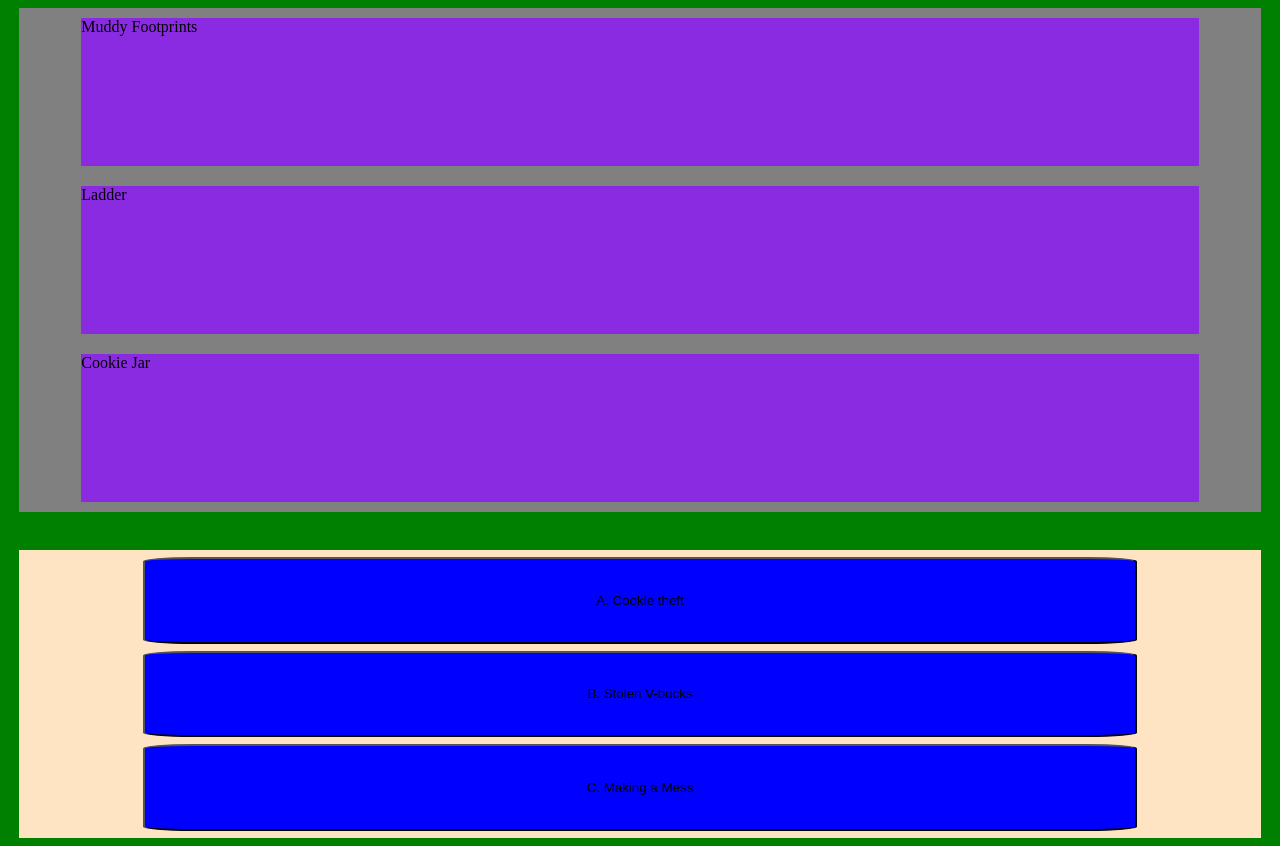
Repository: nguyenlejoe/Dynamic_notSoSherlock
Page: Alex Inductive Thinking/MultiChoice.html
The author's editor kept a copy of each file at every save. The page is drawn from the files as they stood at one save, then again after the next save.
The browser window is 1280 px wide. The pictures show the whole page.

Above is the page before, as saved 2020-03-07 19:15:11.

### Alex Inductive Thinking/MultiChoice.html
<!DOCTYPE html>
<html>
    <head>
        <title>Inductive Thinking</title>
        <link rel="stylesheet" href="MultiChoice.css">
    </head>
    <body>
        <div id="clueStage">
            <div id="crimeScene">
                <div class="evidence" id="clue1" onclick="displayClue1()"></div>
                <div class="evidence" id="clue2" onclick="displayClue2()"></div>
                <div class="evidence" id="clue3" onclick="displayClue3()"></div>
            </div>
            <div id="multiChoice">
                <button onclick="answerA()" class="InductiveChoice" name="1" id="buttonA">1</button>
                <button onclick="answerB()" class="InductiveChoice" name="2" id="buttonB">2</button>
                <button onclick="answerC()" class="InductiveChoice" name="3" id="buttonC">3</button>
        </div>
        </div>
        <script src="MultiChoice.js"></script>
    </body>

</html>

### Alex Inductive Thinking/MultiChoice.css

body{
    background-color: green;
}
#clueStage{
    display: flex;
    flex-direction: column;
    align-items: center;
}

#crimeScene{
    display: flex;
    flex-direction: column;
    height: 70vh;
    width: 97vw;
    background-color: grey;
    justify-content: center;
    align-items: center;

}
.evidence{
    width: 90%;
    height: 300px;
    background-color: blueviolet;
    margin: 10px;
}





#multiChoice{
    background-color:bisque;
    width: 97vw;
    height: 40vh;
    margin-top: 3%;
    display: flex;
    flex-direction: column;
    justify-content: space-evenly;
    justify-items: center;
    align-items: center;
}

.InductiveChoice{
    width: 80%;
    height: 30%;
    background-color: blue;
    border-radius: 05%;
}

### Alex Inductive Thinking/MultiChoice.js




///////////////////////////  OBJECTS  /////////////////////////
var Clues =[
    {
    item: "Muddy Footprints",
    description: "It seems like the culprit left muddy footprints upon the floor! ",
    multiChoice: [
        choiceA = ["A. Cookie theft", 1],
        choiceB = ["B. Stolen V-bucks", 2],
        choiceC = ["C. Making a Mess", 3],
        ],

    },

    {
        item: "Ladder",
        description: "I'm curious as to why is this ladder next to the counter!",
        multiChoice: [
            choiceA = ["A. Cookie theft", 1],
            choiceB = ["B. Stolen V-bucks", 2],
            choiceC = ["C. Making a Mess", 3]
            ],
    },

    {
        item: "Cookie Jar",
        description: " Hmmm intriguing, this cookie jar seems rather empty I wonder where all the cookies went? ",
        multiChoice: [
            choiceA = ["A. Cookie theft", 1],
            choiceB = ["B. Stolen V-bucks", 2],
            choiceC = ["C. Making a Mess", 3]
            ],
    }
]
   /* var multiChoice = [
        {a: "Cookie theft"},
        {b: "Stolen V-bucks"},
        {c: "Making a Mess"},
    ],
] */
///////////////////////////  MULTI CHOICE QUESTION  /////////////////////////


function addChoices(){
    document.querySelector("#buttonA").innerHTML =  Clues[0].multiChoice[0][0];
    document.querySelector("#buttonB").innerHTML =  Clues[0].multiChoice[1][0];
    document.querySelector("#buttonC").innerHTML =  Clues[0].multiChoice[2][0];
}
addChoices();


///////////////////////////  ADDING CLUES  /////////////////////////


function addClues(){
    document.querySelector("#clue1").innerHTML = Clues[0].item;
    document.querySelector("#clue2").innerHTML = Clues[1].item;
    document.querySelector("#clue3").innerHTML = Clues[2].item;
}
addClues()

///////////////////////////  CLUE DETAIL DISPLAY  /////////////////////////

function displayClue1(){
    alert(Clues[0].description);
}

function displayClue2(){
    alert(Clues[1].description);
}

function displayClue3(){
    alert(Clues[2].description);
}



///////////////////////////  CHECK ANSWER    /////////////////////////
/* var evidence = document.getElementsByClassName("InductiveChoice");

switch(evidence){
    case 1:
        console.log("You are Correct");
        break;
    case "2":
        console.log("You are Incorrect");
        break;
    case "3":
        console.log("You are Incorrectish");
        break;
}
*/

var A = Clues[0].multiChoice[0][1];
var B = Clues[0].multiChoice[1][1];
var C = Clues[0].multiChoice[2][1];

function answerA(){
    if (A == 1){
        var Thinking = prompt("You are Correct Mr.Holmes! Did you use Inductive or Deductive Thinking?");
            if (Thinking == "inductive"){
                alert("You are truly A genius Mr.Holmes!");
            } else {
                alert("Hmmmmm it seems you haven't grasped it yet Mr. Holmes, Inductive thinking is...");
            }
    }
}

function answerB(){
    if (B == 1){
        var Thinking = prompt("You are Correct Mr.Holmes! Did you use Inductive or Deductive Thinking?");
            if (Thinking == "inductive"){
                alert("You are truly A genius Mr.Holmes!");
            } else {
                alert("Hmmmmm it seems you haven't grasped it yet Mr. Holmes, Inductive thinking is...");
            }
    } else if (B == 2){
        alert("You are incorrect Mr.Holmes!");
            }
    if (B == 1){
        alert("You are incorrect Mr.Holmes!");
    }
}

function answerC(){
    if (C == 1){
        var Thinking = prompt("You are Correct Mr.Holmes! Did you use Inductive or Deductive Thinking?");
            if (Thinking == "inductive"){
                alert("You are truly A genius Mr.Holmes!");
            } else {
                alert("Hmmmmm it seems you haven't grasped it yet Mr. Holmes, Inductive thinking is...");
            }
    } else if (C == 2){
        alert("You are incorrect Mr.Holmes!");
            }
    if (C == 3){
        alert("You are incorrect Mr.Holmes!");
    }
}

After the next save:
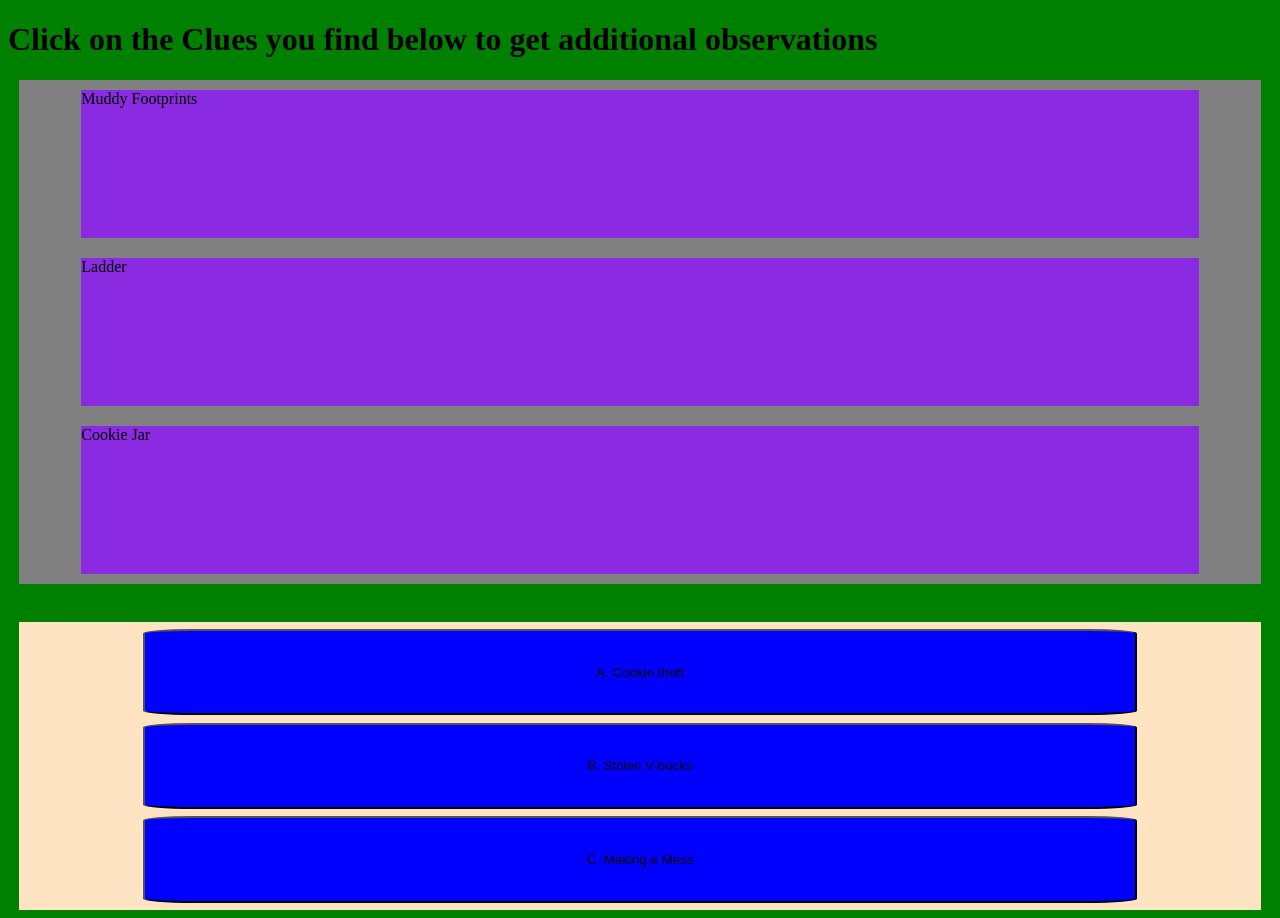
Saved 6 min 39 s later.
--- a/Alex Inductive Thinking/MultiChoice.html
+++ b/Alex Inductive Thinking/MultiChoice.html
@@ -5,6 +5,7 @@
         <link rel="stylesheet" href="MultiChoice.css">
     </head>
     <body>
+        <h1>Click on the Clues you find below to get additional observations</h1>
         <div id="clueStage">
             <div id="crimeScene">
                 <div class="evidence" id="clue1" onclick="displayClue1()"></div>
